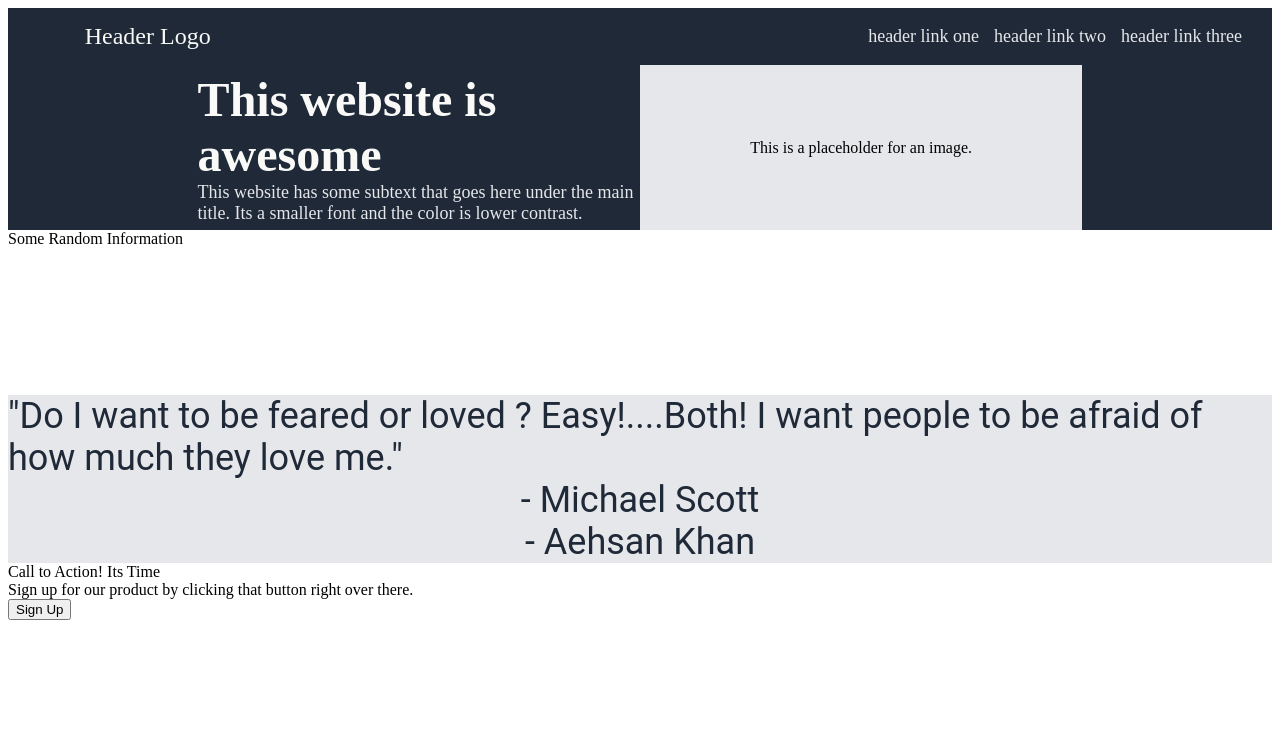
Repository: Aehsan4004/odinlandpage
Page: index.html
These files come from the project's save history. The page is drawn as it stood at one moment and after the next save; the edit follows.
The browser window is 1280 px wide. The pictures show the whole page.

Above is the page before, as saved 2025-02-10 17:40:51.

### index.html
<!DOCTYPE html>
<html lang="en">
<head>
    <meta charset="UTF-8">
    <meta name="viewport" content="width=device-width, initial-scale=1.0">
    <title>Odin Project Landing Page</title>
    <link rel="stylesheet" href="styles.css">
</head>
<body>
    <div class="one">
        <div class="logo">
            Header Logo
        </div>
        <div class="head-links">
            <ul>
                <li>header link one</li>
                <li>header link two</li>
                <li>header link three</li>
            </ul>
        </div>
    </div>

    <div class="two">
        <div class="left-box">
            <div class="title">
                This website is awesome
            </div>

            <div class="content">
                This website has some subtext that goes here under the main title. Its a smaller font and the color is lower contrast.
            </div>

        </div>
        <div class="right-box">
            This is a placeholder for an image.
        </div>

    </div>

    <div class="three">
        <div class="opt-head">
            Some Random Information
        </div>
        <div class="menu-box">
            <div class="box" id="1"></div>
            <div class="box" id="2"></div>
            <div class="box" id="3"></div>
            <div class="box" id="4"></div>
        </div>

    </div>

    <div class="four">
        <div class="quote">
            "Do I want to be feared or loved ?
             Easy!....Both!
             I want people to be afraid of how much they love me."
        </div>
        <div class="quoter"> - Michael Scott</div>
        <div class="requoter"> - Aehsan Khan</div>
    </div>

    <div class="five">
        <div class="foot-box">
            <div class="call2act">
                <div class="main"> Call to Action! Its Time</div>
                <div class="supp">Sign up for our product by clicking that button right over there.</div>
            </div>
            <button class="signup-btn">Sign Up</button>
        </div>
    </div>
</body>
</html>

### styles.css
body {
    display: flex;
    flex-direction: column;
    /* flex: 1 1 100%; */
    /* min-height: 100%; */
    /* align-items: center; */
    justify-content: center;
    height: 100vh;
}

.one {
    display: flex;
    justify-content: space-between;
    align-items: center;
    background-color: #1f2937;
    padding: 15px;
    height: 4vh;
}

.logo {
    font-size: 24px;
    color: #f9faf8;
    margin-left: 5%;
}

.head-links {
    color: #e5e7eb;
    font-size: 18px;
    /* margin: 15px; */
    margin-right: 15px;
}

ul {
    list-style: none;  /* Removes bullet points */
    padding: 0;
    margin: 0;
    display: flex;  /* Makes list items appear in a row */
    gap: 15px;  /* Adds spacing between items */
}

.two {
    display: flex;
    background-color: #1f2937;
    justify-content: center;
    /* margin-top: 20px; */
    height: 24vh;
}
.left-box {
    display: flex;
    flex-direction: column;
    justify-content: center;
    align-items: flex-start;
    /* flex: 1 1 40%; */
    width: 35%;
    flex-wrap: wrap;
}

.title {
    font-weight: 900;
    color: #f9faf8;
    font-size: 48px;
    width: 80%;
}

.content {
    font-size: 18px;
    color: #e5e7eb;
    /* width: 80%; */
}

.right-box {
    display: flex;
    /* flex: 1 1 40%; */
    width: 35%;
    background-color: #e5e7eb;
    flex-wrap: wrap;
    justify-content: center;
    align-items: center;
}

.three {
    height: 24vh;
}

.four {
    height: 24vh;
    display: flex;
    flex-direction: column;
    align-items: center;
    background-color: #e5e7eb;
    color: #1f2937;
    font-size: 36px;
    font-family: 'roboto', sans-serif;
    font-style: 'light-italic';
}

.five {
    height: 24vh;
}

After the next save:
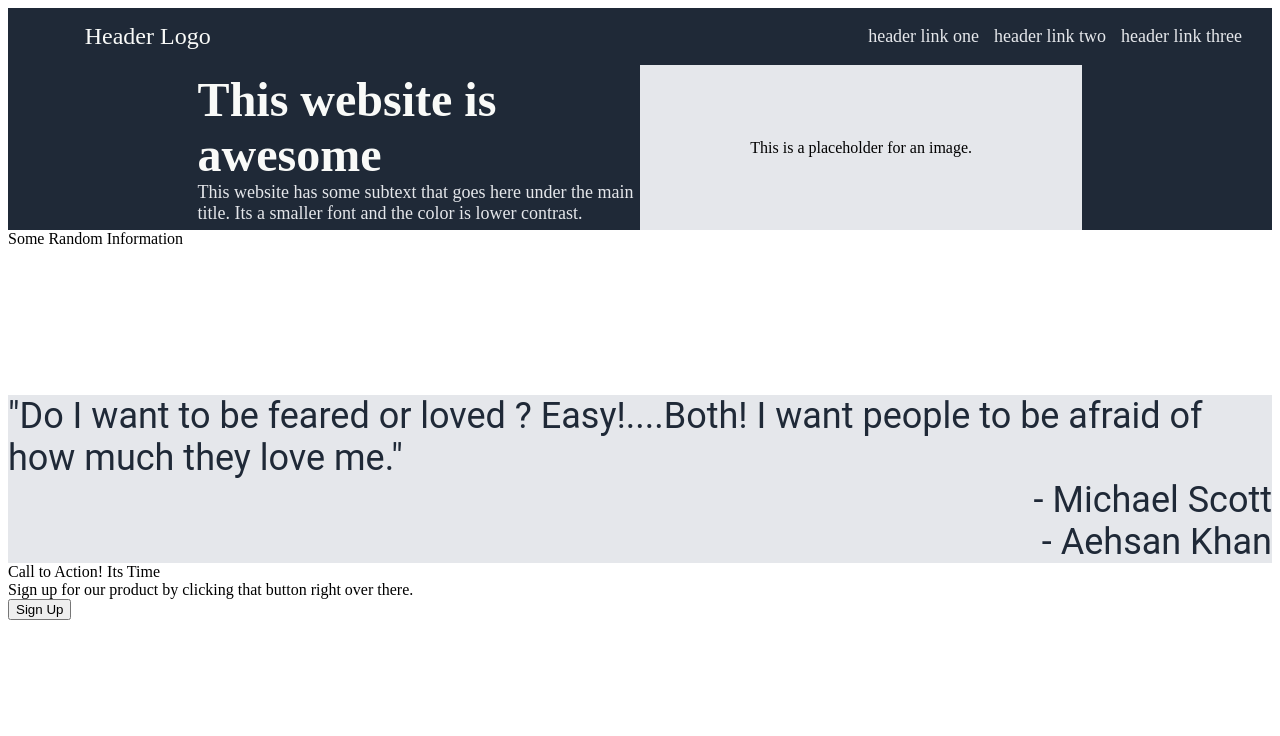
Saved 94 s later.
--- a/styles.css
+++ b/styles.css
@@ -94,6 +94,12 @@
     font-style: 'light-italic';
 }
 
+.quoter, .requoter {
+    align-self: flex-end;
+}
+
+
+
 .five {
     height: 24vh;
 }
